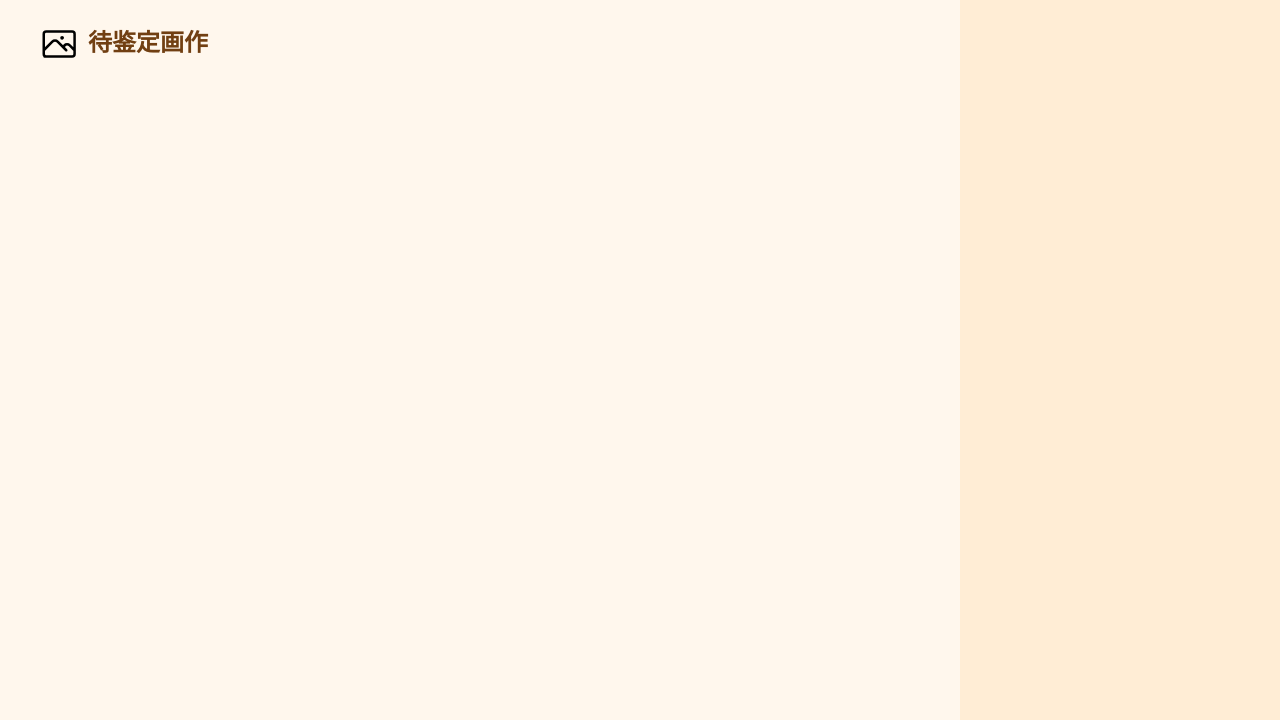
Repository: gaosth/Eyesee
Page: /dtail
These files come from the project's save history. The page is drawn as it stood at one moment and after a run of saves; the edit follows.
The browser window is 1280 px wide. The pictures show the whole page.
The project was rebuilt for these pictures with package versions that can differ from the ones it lists, and the page was loaded fresh each time. Also part of the build but not shown: vite.config.js, src/components/WelcomeItem.vue, src/components/icons/IconDocumentation.vue, src/components/icons/IconTooling.vue, src/components/icons/IconEcosystem.vue, src/components/icons/IconCommunity.vue, src/components/icons/IconSupport.vue, src/components/TheWelcome.vue and 5 more.

Above is the page before, as saved 2024-03-15 11:57:51.

After the next 2 saves:
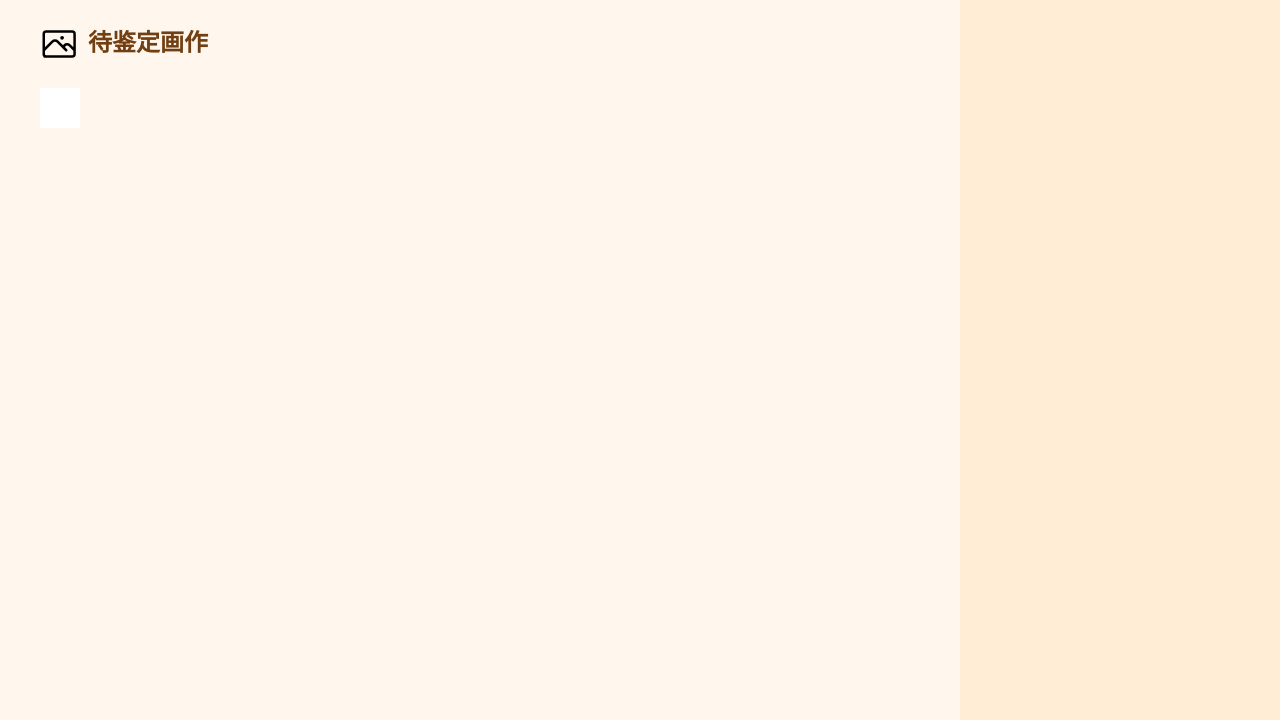
The 2 saves are shown as one change because they came seconds apart.
The last was saved 94 s later.
--- a/src/views/DetailView.vue
+++ b/src/views/DetailView.vue
@@ -11,8 +11,8 @@
                     待鉴定画作
                 </div>
             </div>
-            <div class = "mx-10 my-6">
-                <div class = "h-100 w-10 bg-white">
+            <div class = "mx-10 my-6 border-yellow-900">
+                <div class = "h-10 w-10 bg-white">
 
                 </div>
             </div>
